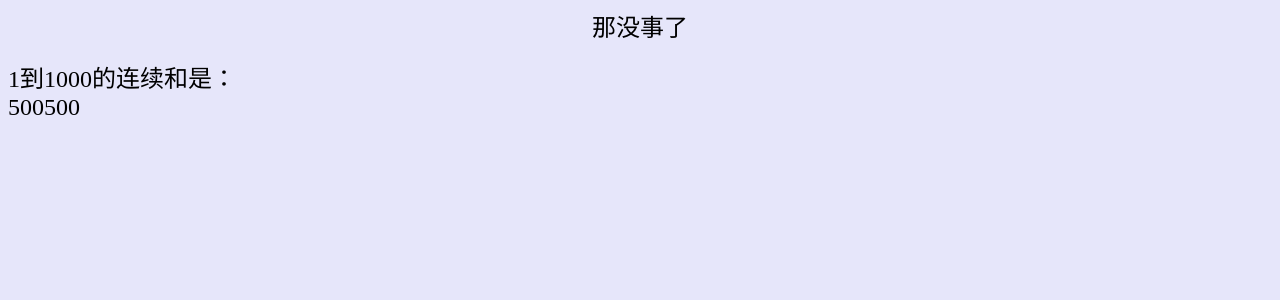
Repository: 871049921/MyCode
Page: http://localhost/Web-Test001/
The author's editor kept a copy of each file at every save. The page is drawn from the files as they stood at one save, then again after the next save.
The browser window is 1280 px wide. The pictures show the whole page.
The page is served by Tomcat 9.

Above is the page before, as saved 2019-04-25 13:20:22.

After the next save:
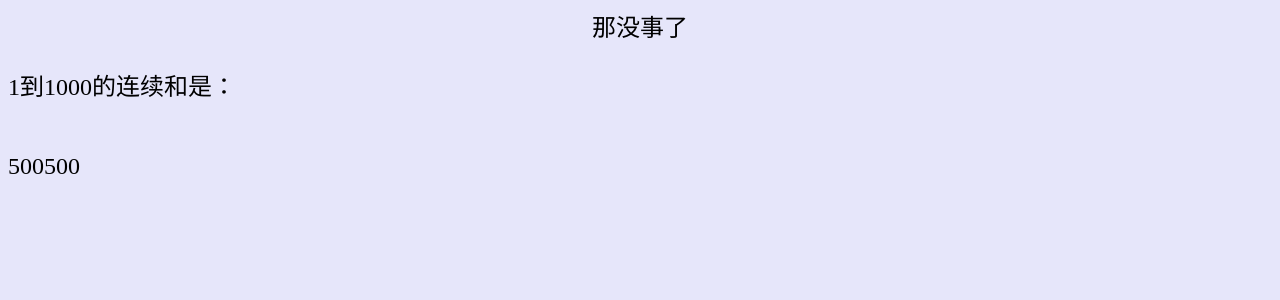
Saved 2 min 22 s later.
--- a/eclipse web-work/Web-Test001/WebContent/index.jsp
+++ b/eclipse web-work/Web-Test001/WebContent/index.jsp
@@ -17,6 +17,7 @@
 	}
 	%>
 	<p> 1到1000的连续和是：
+	</p>
 	<BR>
 	<%=sum %>
 	</font>
